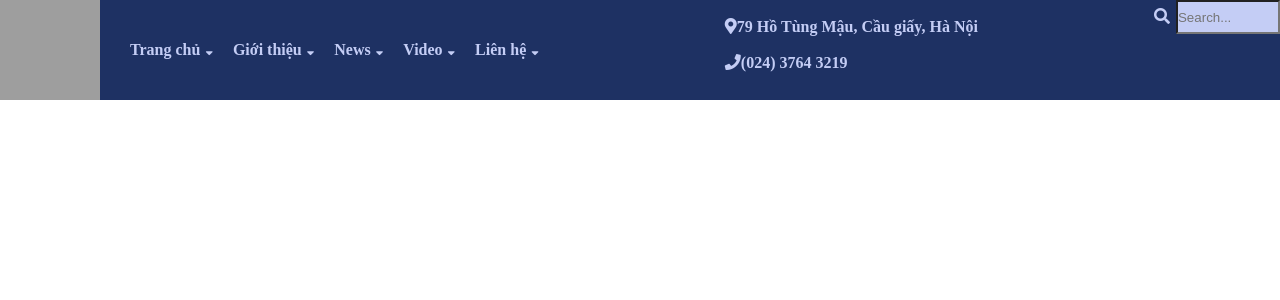
Repository: Luong-tung/newtopics
Page: index2.html
The author's editor kept a copy of each file at every save. The page is drawn from the files as they stood at one save, then again after the next save.
The browser window is 1280 px wide. The pictures show the whole page.
Pictures or frames that could not be fetched are drawn as grey boxes. Some web libraries are served in a nearby version.

Above is the page before, as saved 2021-10-07 18:32:19.

### index2.html
<!DOCTYPE html>
<html lang="en">
<head>
    <meta charset="UTF-8">
    <meta http-equiv="X-UA-Compatible" content="IE=edge">
    <meta name="viewport" content="width=device-width, initial-scale=1.0">
    <title>trang web thương mai điện tử</title>
    <link rel="stylesheet" href="iu2.css">
    <link rel="stylesheet" href="https://pro.fontawesome.com/releases/v5.10.0/css/all.css" integrity="sha384-AYmEC3Yw5cVb3ZcuHtOA93w35dYTsvhLPVnYs9eStHfGJvOvKxVfELGroGkvsg+p" crossorigin="anonymous"/>
    <link rel="stylesheet" href="grid.css">

</head>
<body>
    <div class="header">
        <div class="logo">
            <img src="https://scontent.fhan3-5.fna.fbcdn.net/v/t1.15752-9/243148085_229171089102243_5702030057696055665_n.png?_nc_cat=109&ccb=1-5&_nc_sid=ae9488&_nc_ohc=MFQrVL-E3ZUAX81UgOR&_nc_ht=scontent.fhan3-5.fna&oh=bf2530340138a8a1eb55384dd7d37a9e&oe=6184EB79" alt="">


            <ul>
                <li><a href="#"></a>Trang chủ<i class="fas fa-sort-down"></i></li>
                <li><a href="#"></a>Giới thiệu<i class="fas fa-sort-down"></i></li>
                <li><a href="#"></a>News<i class="fas fa-sort-down"></i></li>
                <li><a href="#"></a>Video<i class="fas fa-sort-down"></i></li>
                <li><a href="#"></a>Liên hệ<i class="fas fa-sort-down"></i></li>
            </ul>
        </div>
        <div class="address">
            <p><i class="fas fa-map-marker-alt"></i>79 Hồ Tùng Mậu, Cầu giấy, Hà Nội</p>
            <P><i class="fas fa-phone"></i>(024) 3764 3219</P>
        </div>
        <div class="search">
            <form>
                <i class="fas fa-search"></i>
                <input type="text" name="Search" placeholder="Search...">
            </form>
        </div>









    </div>
    <script src="./main2.js"></script>
</body>
</html>

### iu2.css
*{
    padding: 0;
    margin: 0;

}
.header{
    width: 100%;
    height: 100px;
    background:#1E3163;
    display: flex;
    justify-content: space-between;

}
.header .logo img{
    width: 100px;
    height: 100px;

}
.header .logo{
    display: flex;
    cursor: pointer;
}
.header .logo ul{
    color: #c4cdf5;
    margin-left: 20px;
    display: flex;
    align-items: center;
    justify-content: space-between;
}
.header .logo ul li{
    list-style: none;
    cursor: pointer;
    margin: 0px 5px;
    padding:5px;
    font-weight: 600;

}
.header .logo ul li i{
    font-size: 12px;
    margin-left: 5px;
}
.header .logo ul li:hover{
    background:#c4cdf5;
    color:#092086;

}
.header .address p{
    margin-top: 18px;
    color: #c4cdf5;
    font-weight: 600;
    cursor: pointer;
    padding: 0 5px;
}
.header .search i{
    color: #c4cdf5;
    font-size: 16px;
    margin-right: 2px;

}
.header .search input{
    width: 100px;
    height: 30px;
    background-color:#c4cdf5;
}

Loaded but not shown: grid.css (no stored copy; drawn as an empty file); main2.js (no stored copy; drawn as an empty file)

After the next save:
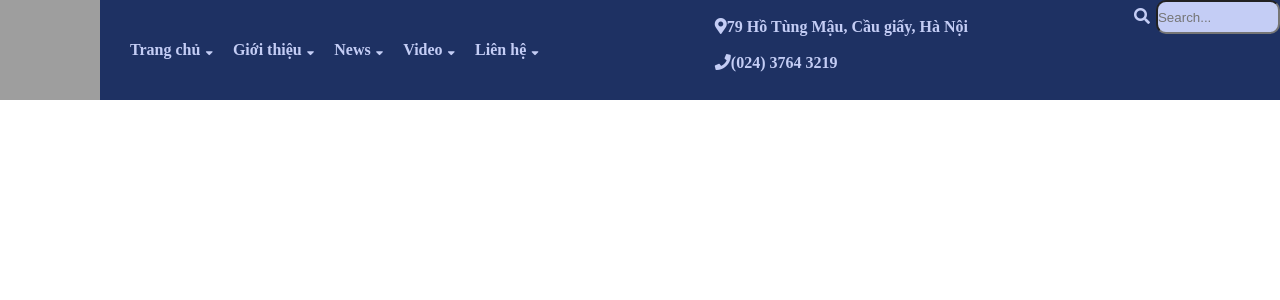
Saved 44 s later.
--- a/iu2.css
+++ b/iu2.css
@@ -58,7 +58,8 @@
 
 }
 .header .search input{
-    width: 100px;
+    width: 120px;
     height: 30px;
     background-color:#c4cdf5;
+    border-radius: 10px;
 }
